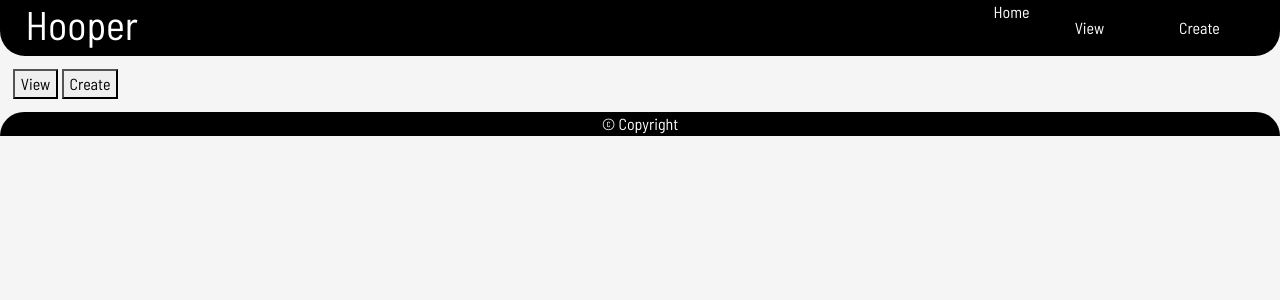
Repository: vlasarte/Hooper
Page: index.html
These files come from the project's save history. The page is drawn as it stood at one moment and after the next save; the edit follows.
The browser window is 1280 px wide. The pictures show the whole page.

Above is the page before, as saved 2020-02-24 17:26:31.

### index.html
<!DOCTYPE html>
<!--[if lt IE 7]>      <html class="no-js lt-ie9 lt-ie8 lt-ie7"> <![endif]-->
<!--[if IE 7]>         <html class="no-js lt-ie9 lt-ie8"> <![endif]-->
<!--[if IE 8]>         <html class="no-js lt-ie9"> <![endif]-->
<!--[if gt IE 8]><!--> <html class="no-js"> <!--<![endif]-->
    <head>
        <meta charset="utf-8">
        <meta http-equiv="X-UA-Compatible" content="IE=edge">
        <title>Hooper</title>
        <meta name="description" content="">
        <meta name="viewport" content="width=device-width, initial-scale=1">
        <link href="https://fonts.googleapis.com/css?family=Barlow+Semi+Condensed&display=swap" rel="stylesheet">
        <link rel="stylesheet" href="https://stackpath.bootstrapcdn.com/bootstrap/4.3.1/css/bootstrap.min.css" integrity="sha384-ggOyR0iXCbMQv3Xipma34MD+dH/1fQ784/j6cY/iJTQUOhcWr7x9JvoRxT2MZw1T" crossorigin="anonymous">
        <link rel="stylesheet" href="assets/css/style.css">
    </head>
    <body>

        <header>
            <h1>Hooper</h1>
            <div class="dropdown">
                <button class="dropbtn">Create</button>
                <div class="dropdown-content">
                    <a href="#">Player</a>
                    <a href="#">Team</a>
                    <a class="dropdown-content-last" href="#">Game</a>
                </div>
            </div>
            <div class="dropdown">
                <button class="dropbtn">View</button>
                <div class="dropdown-content">
                    <a href="viewplayers.html">Players</a>
                    <a href="#">Teams</a>
                    <a class="dropdown-content-last" href="#">Games</a>
                </div>
            </div>
            <div class="dropdown">
                Home
            </div>
        </header>

        <div class="body-container">

            <button>View</button>
            <button>Create</button>


        </div>


        <footer>
            &copy Copyright
        </footer>

        <script src="assets/js/javascript.js" async defer></script>
    </body>
</html>

### assets/css/style.css
/* default settings */

body {
    font-family: 'Barlow Semi Condensed', sans-serif;
    background: whitesmoke;
}


/* header section */

header {
    font-family: 'Barlow Semi Condensed', sans-serif;
    width: 100%;
    height: 56px;
    background: black;
    color: white;
    padding: 0% 2%;
    border-radius: 0px 0px 25px 25px;
    position: sticky;
    top: 0;
    z-index: 1;
}

header h1 {
    float: left;
    height: 56px;
    margin: 0px;
}


/* hover dropdowns */

.dropbtn {
    height: 56px;
    font-family: 'Barlow Semi Condensed', sans-serif;
    min-width: 100px;
    background-color: black;
    color: white;
    padding: 16px;
    font-size: 16px;
    border: none;
    border-radius: 25px 25px 0px 0px;
}

.dropdown {
    margin: 0px 5px;
    float: right;
    position: relative;
    display: inline-block;
}

.dropdown-content {
    text-align: center;
    display: none;
    position: absolute;
    background-color: #f1f1f1;
    width: 100px;
    box-shadow: 0px 8px 16px 0px rgba(0, 0, 0, 0.2);
    z-index: 1;
    border-radius: 0px 0px 25px 25px;
}

.dropdown-content a {
    color: black;
    padding: 12px 16px;
    text-decoration: none;
    display: block;
}

.dropdown-content a:hover {
    background-color: #ddd;
}

.dropdown:hover .dropdown-content {
    display: block;
}

.dropdown:hover .dropbtn {
    background-color: #ddd;
    color: black;
}

.dropdown-content-last {
    border-radius: 0px 0px 25px 25px;
}

/* body container */

.body-container {
    padding: 1%;
}

th {
    text-align: center;
    color: black;
    font-weight: bold;
}


/* footer section */

footer {
    width: 100%;
    text-align: center;
    background: black;
    color: white;
    border-radius: 25px 25px 0px 0px;
}

td {
    text-align: center;
}

### assets/js/javascript.js
var player = {
    name: "LeBron James",
    team: "LAL",
    position: "SF",
    PPG: 25.0,
    APG: 10.8,
    RPG: 7.8
}

var playerName = [
    "LeBron James",
    "Anthony Davis",
    "James Harden",
    "Kawhi Leonard",
    "Luka Doncic",
    ""]

After the next save:
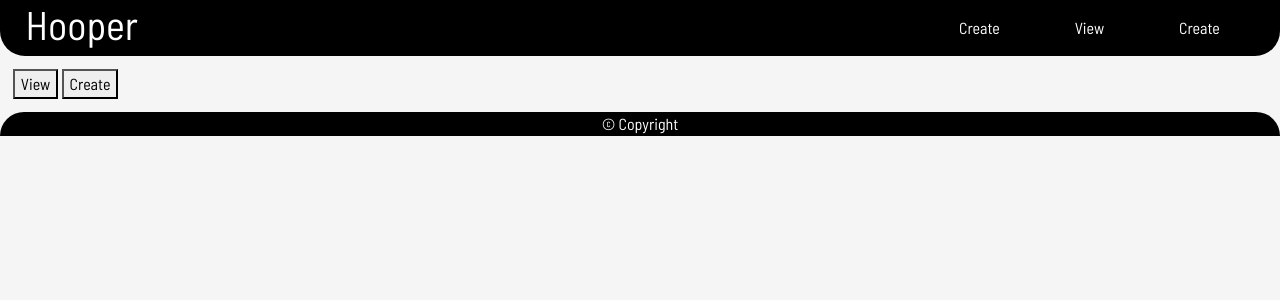
Saved 5 s later.
--- a/index.html
+++ b/index.html
@@ -34,7 +34,7 @@
                 </div>
             </div>
             <div class="dropdown">
-                Home
+                <button class="dropbtn">Create</button>
             </div>
         </header>
 
